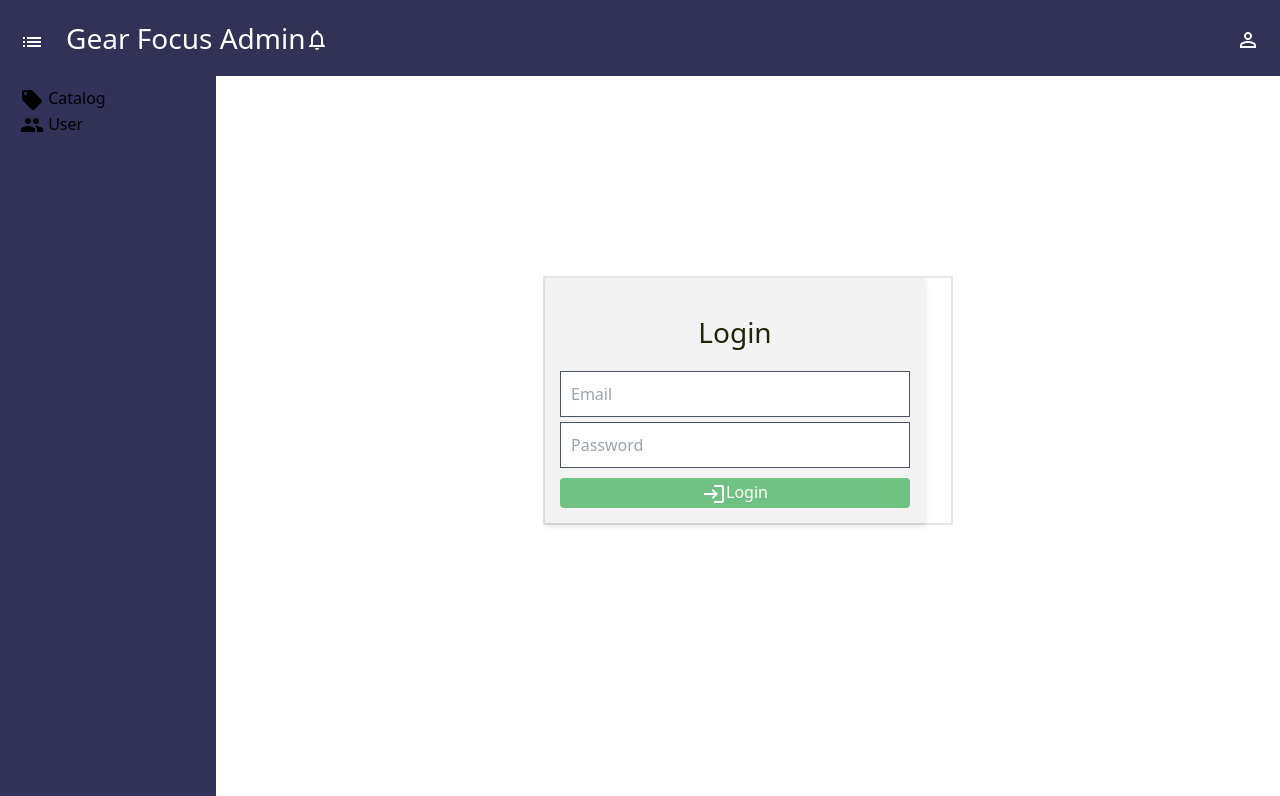
Repository: Kiendz3202/projectFinalPGS
Page: /home
These files come from the project's save history. The page is drawn as it stood at one moment and after the next save; the edit follows.
The browser window is 1280 px wide. The pictures show the whole page.
The project was rebuilt for these pictures with package versions that can differ from the ones it lists, and the page was loaded fresh each time. Also part of the build but not shown: src/App.css, src/pages/HomePage.tsx.

Above is the page before, as saved 2022-03-07 22:59:48.

After the next save:
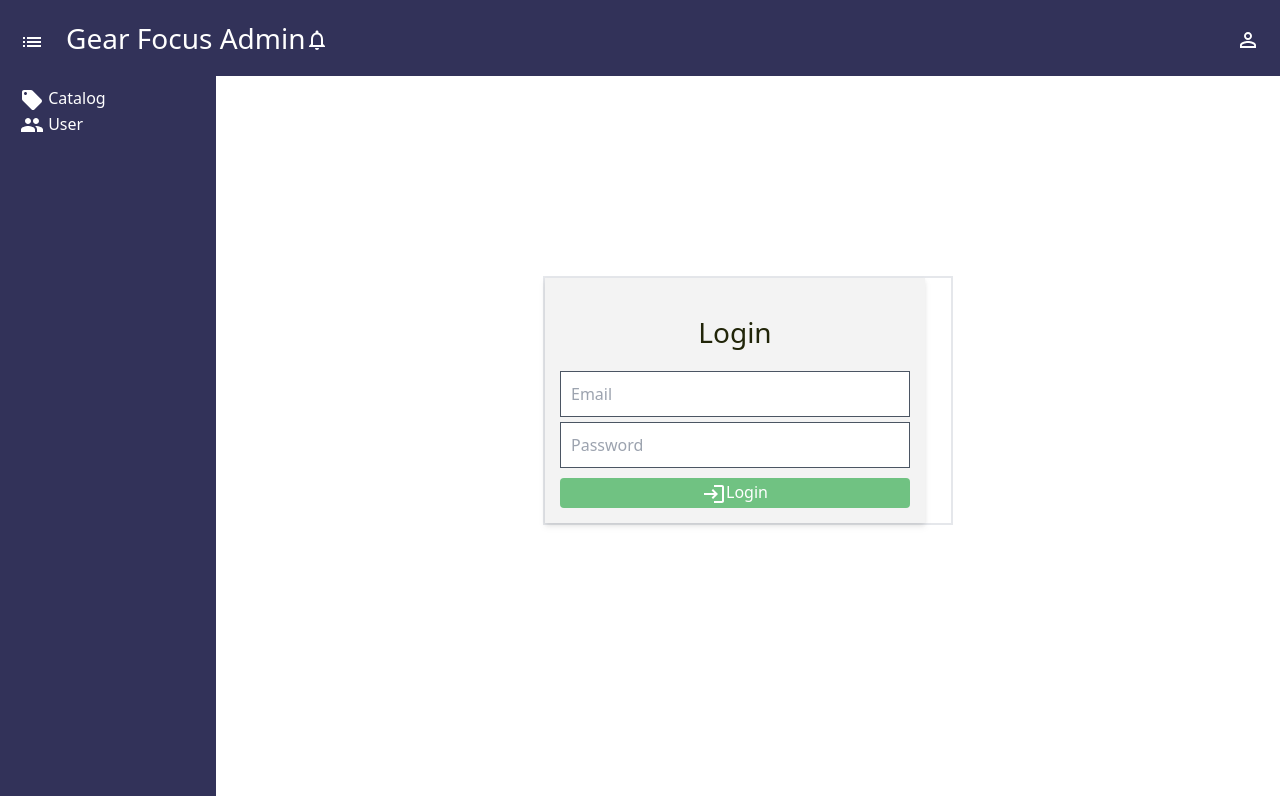
Saved 9 s later.
--- a/src/components/navbar/Navbar.tsx
+++ b/src/components/navbar/Navbar.tsx
@@ -4,7 +4,7 @@ import LocalOfferIcon from '@mui/icons-material/LocalOffer';
 
 function Navbar() {
   return (
-    <div className=' w-[216px] max-w-[216px] px-[20px] py-[10px] h-screen bg-[#323259]'>
+    <div className=' w-[216px] max-w-[216px] px-[20px] py-[10px] h-screen bg-[#323259] text-white'>
         <ul>
             <li><LocalOfferIcon /> Catalog</li>
             <li><GroupIcon /> User</li>
